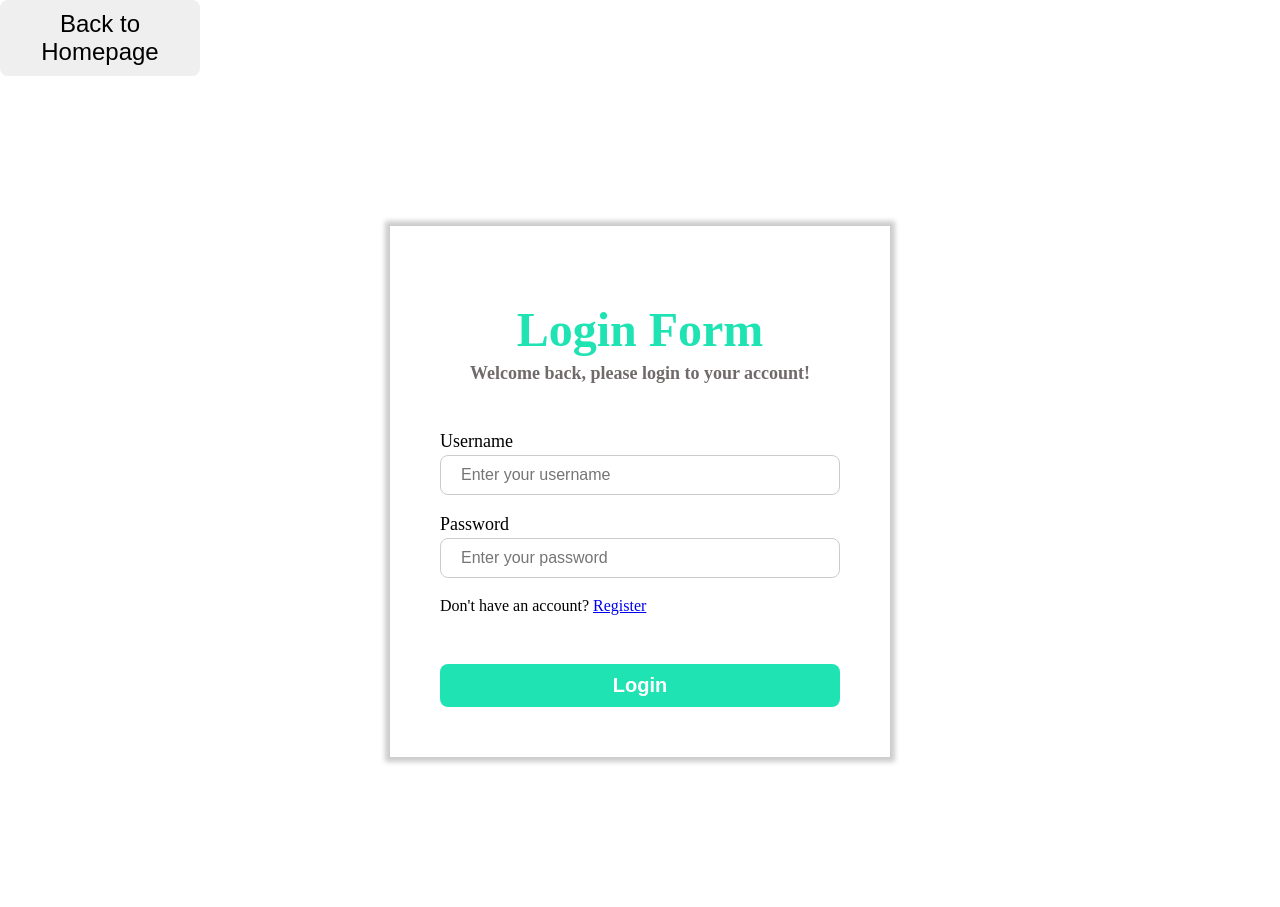
Repository: Trung0810/btl_cnpm_fe
Page: /
These files come from the project's save history. The page is drawn as it stood at one moment and after the next save; the edit follows.
The browser window is 1280 px wide. The pictures show the whole page.
The project was rebuilt for these pictures with package versions that can differ from the ones it lists, and the page was loaded fresh each time. Also part of the build but not shown: src/components/header/header.css, src/components/header/Header.js, src/components/footer/Footer.css, src/components/footer/Footer.js, src/components/shoes_list/ShoesCard.css, src/components/shoes_list/ShoesCard.js, src/components/shoes_list/ShoesList.css, src/components/shoes_list/ShoesList.js and 14 more.

Above is the page before, as saved 2026-03-31 10:09:53.

After the next save:
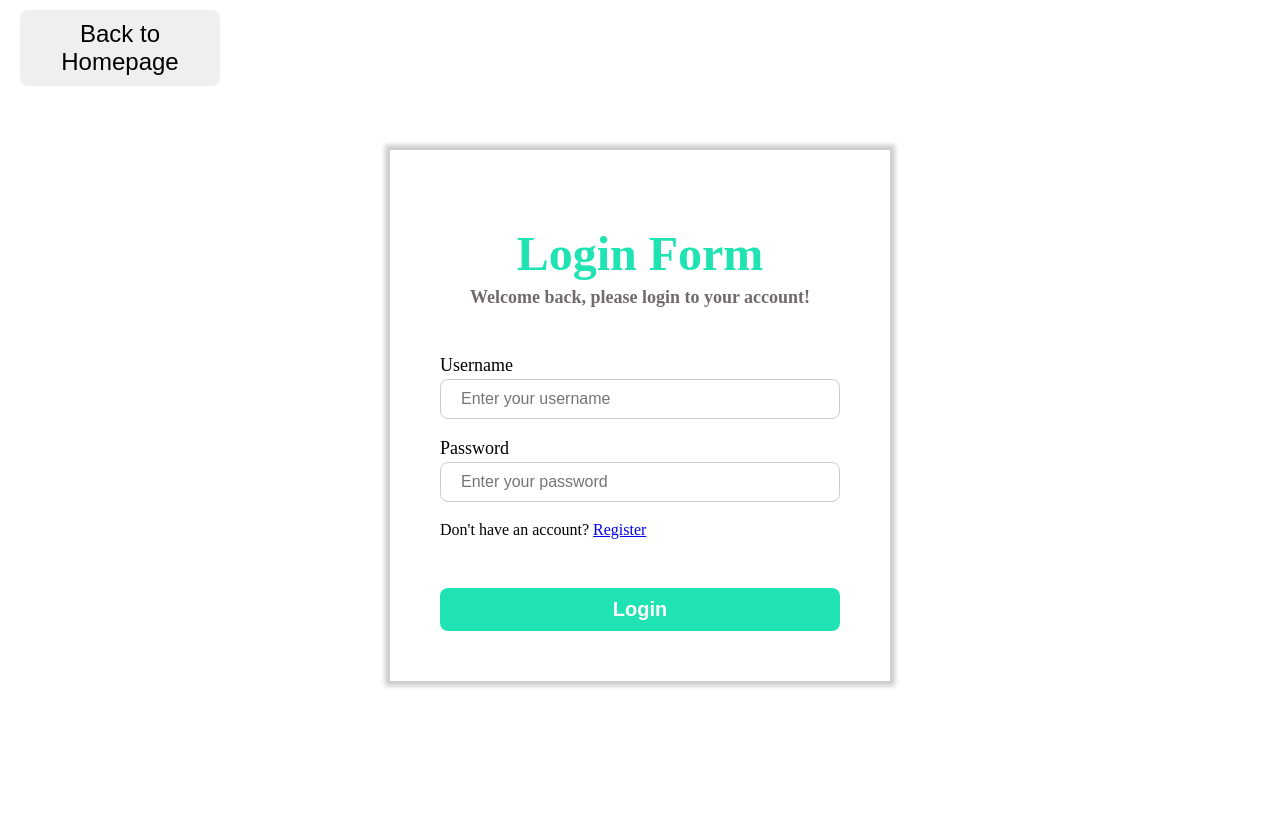
Saved 2 min 40 s later.
--- a/src/components/login_page/LoginPage.js
+++ b/src/components/login_page/LoginPage.js
@@ -4,7 +4,9 @@ import LoginForm from "../login_form/LoginForm";
 const LoginPage = () => {
   return (
     <Fragment>
-      <button>Back to Homepage</button>
+      <button style={{ position: "absolute", top: "10px", left: "20px" }}>
+        Back to Homepage
+      </button>
       <LoginForm></LoginForm>
     </Fragment>
   );
